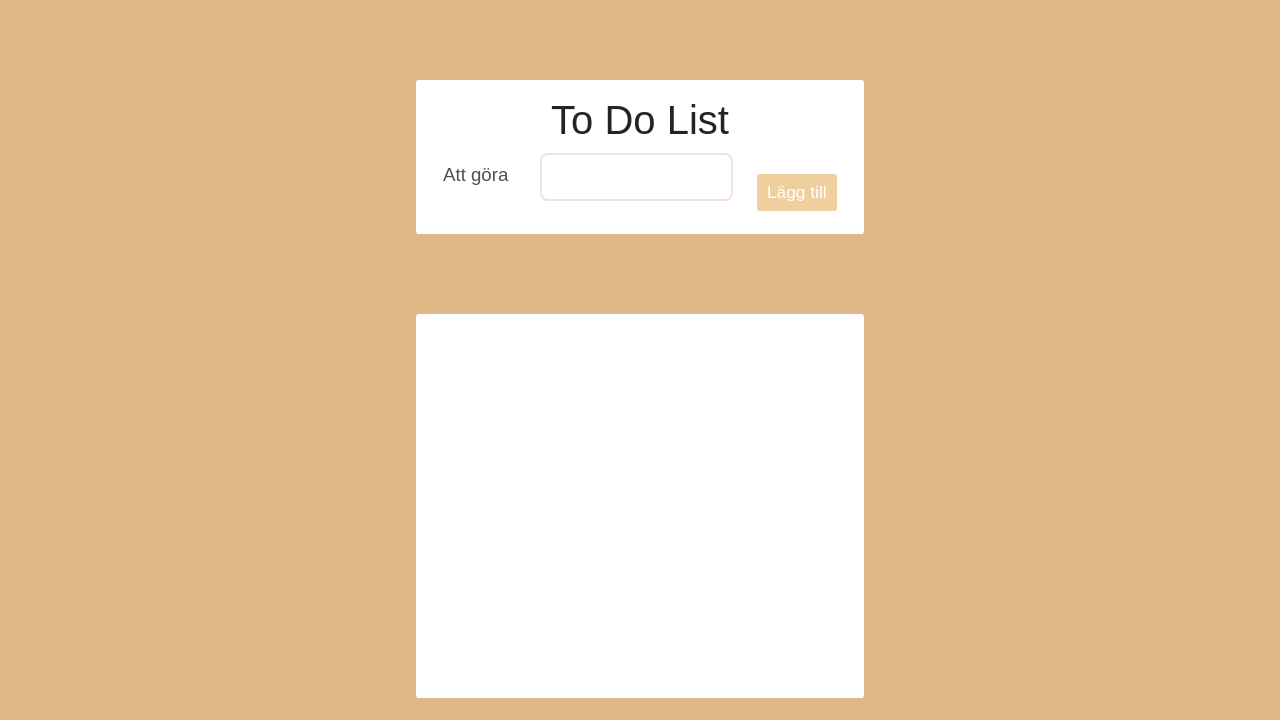
Repository: skepp4rn/todolist
Page: index.html
These files come from the project's save history. The page is drawn as it stood at one moment and after the next save; the edit follows.
The browser window is 1280 px wide. The pictures show the whole page.
The page's requests for data from a server got no answer. Some web libraries are served in a nearby version.

Above is the page before, as saved 2021-01-28 12:12:56.

### index.html
<!DOCTYPE html>
<html lang="sv">
<head>
    <meta charset="UTF-8">
    <meta name="viewport" content="width=device-width, initial-scale=1.0">

    <script src="https://kit.fontawesome.com/ef4c0722a8.js" crossorigin="anonymous"></script>
    <link rel="stylesheet" href="https://cdn.jsdelivr.net/npm/bootstrap@4.5.3/dist/css/bootstrap.min.css" integrity="sha384-TX8t27EcRE3e/ihU7zmQxVncDAy5uIKz4rEkgIXeMed4M0jlfIDPvg6uqKI2xXr2" crossorigin="anonymous">
    <link rel="stylesheet" href="css/style.css">

    <title>To Do List</title>
</head>
<body>
    <div class="container">
        <div id="header">
            <h1>To Do List</h1>
        </div>

        <form class="form" id="form">
            <div class="form-control">
                <label>Att göra</label>
                <input type="text" id="addToDo">
                <i class="fas fa-check-circle"></i>
                <i class="fas fa-exclamation-circle"></i>
                <small>Error message</small>
            </div>

            <button id="btn">Lägg till</button>
        </form>
    </div>

    <div class="container2">
        <div id="list"></div>
    </div>

    <script src="https://code.jquery.com/jquery-3.5.1.slim.min.js" integrity="sha384-DfXdz2htPH0lsSSs5nCTpuj/zy4C+OGpamoFVy38MVBnE+IbbVYUew+OrCXaRkfj" crossorigin="anonymous"></script>
    <script src="https://cdn.jsdelivr.net/npm/bootstrap@4.5.3/dist/js/bootstrap.bundle.min.js" integrity="sha384-ho+j7jyWK8fNQe+A12Hb8AhRq26LrZ/JpcUGGOn+Y7RsweNrtN/tE3MoK7ZeZDyx" crossorigin="anonymous"></script>
    <script src="https://cdnjs.cloudflare.com/ajax/libs/uuid/8.1.0/uuidv4.min.js"></script>
    <script src="script.js"></script>
</body>

### css/style.css
*{
    box-sizing: border-box;
    margin: 0;
    padding: 0;
}

body {
    background-color: burlywood;
    font-family: Arial, Helvetica, sans-serif;
    display: grid;
    justify-content: center;
}

.container {
    width: 35vw;
    display: grid;
    justify-content: center;
    background-color: #ffffff;
    border-radius: 3px;
    margin-top: 5rem;
    padding-bottom: 2   rem;
    height: 12vw;
}

.container2 {
    width: 100%;
    display: grid;
    justify-content: center;
    background-color: #ffffff;
    border-radius: 3px;
    margin-top: 5rem;
    padding-bottom: 2rem;
    height: 30vw;
    overflow-y: auto;
}

#header {
    margin-top: 1rem;
    text-align: center;
}

#btn {
    border: none;
    border-radius: 3px;
    padding: 0.2rem;
    background-color: #f0cf9f;
    color: #ffffff;
    font-size: 13pt;
    width: 5rem;
    height: 2.3rem;
    align-self: center;

}

.todobox {
    padding-top: 2rem;
    padding-bottom: 1rem;
    width: 32vw;
    display: grid;
    grid-template-columns: 5fr 1fr;
}

.knappar {
    display: grid;
    gap: 1rem;
}

.todoinput {
    display: flex;
    align-items: center;
}

.fa-trash {
    padding: 0.5rem;
    border: none;
    border-radius: 5px;
    color: #ffffff;
    background-color: #f0cf9f;
    width: 5rem;
}

.fa-undo {
    padding: 0.5rem;
    border: none;
    border-radius: 5px;
    color: #ffffff;
    background-color: #f0cf9f;
    width: 5rem;
}

.done {
    border: none;
    border-radius: 5px;
    padding: 0.5rem;
    background-color: #f0cf9f;
    color: #ffffff;
    font-family: Arial, Helvetica, sans-serif;
    font-size: 14pt;
    width: 5rem;
    height: 3rem;
}

.form-control {
    border: none;
    position: relative;
    height: 2rem;
    width: 100%;
    display: grid;
    grid-template-columns: 1fr 2fr;
    align-content: center;
}

.form label {
    display: flex;
    align-items: center;
    font-size: 14pt;
}


.form {
    display: grid;
    grid-template-columns: 3fr 1fr;
    justify-items: center;
    height: 60px;
}

.form-control input {
    border: 2px solid #e0aad362;
    border-radius: 8px;
    display: block;
    width: 100%;
    margin-bottom: 0.2rem;
    padding: 0.5rem;
    font-family: inherit;
    font-size: 14pt;
    height: 3rem;
}

.form-control.success input {
    border-color: #2ecc71;
}

.form-control.error input {
    border-color: #e74c3c;
}

.form-control i {
    visibility: hidden;
    position: absolute;
    top: 2.4rem;
    right: 1.5rem;
}

.form-control.success i.fa-check-circle {
    visibility: visible;
    color: #2ecc71;
}

.form-control.error i.fa-exclamation-circle {
    visibility: visible;
    color: #e74c3c;
}

.form-control small {
    visibility: hidden;
    position: absolute;
    bottom: 0;
    left: 7vw;
}

.form-control.error small {
    visibility: visible;
    color: #e74c3c;
}

### script.js
let ToDo = [];
let addToDos = document.getElementById('addToDo');
let form = document.getElementById('form');
let check = false;
let btn = document.getElementById('subbtn');
let list = document.querySelector('#list');
const fetchTodos = () => {
    fetch('https://jsonplaceholder.typicode.com/todos?_start20=&_limit=10')
    .then(res => res.json())
    .then(data => {
      ToDo = data;
      listelement(ToDo);
    })
}
fetchTodos();

const listelement = (ToDo) => {
    list.innerHTML = '';
    ToDo.forEach(todo => {
        list.innerHTML += newTodo(todo);
    })
    console.log(ToDo);
}

const newTodo = todo => {

    let template = todo.completed ? `
    <div id="${todo.id}" class="todoinput completed">
        <div class="todobox">
          <h3 class="title">${todo.title}</h3>
            <div class="knappar">
                <button class="fas fa-undo"></button>
                <button class="fas fa-trash"></button>
            </div>
        </div>
    </div>
    `
    : `
    <div id="${todo.id}" class="todoinput">
        <div class="todobox">
            <h3 class="title">${todo.title}</h3>
            <button class="done">Done</button>
        </div>
    </div>
    `
    return template
  }


  const createTodo = (title) => {

    fetch('https://jsonplaceholder.typicode.com/todos',{
      method: 'POST',
      headers: {
        'Content-type': 'application/json; charset=UTF-8'
      },
      body: JSON.stringify({
        title,
        completed: false
      })
    })
    .then(res => res.json())
    .then(data => {
        let _todo = {
            title: data.title,
            completed: data.completed,
            id: uuidv4()
        }
      console.log(data)
      ToDo.unshift(_todo);
      listelement(ToDo);
    })
}

form.addEventListener('submit', (e) => {
    e.preventDefault();

    checkInputs();

    if(check == true) {
        removeinput(addToDos);

        createTodo(addToDos.value)
        listelement(ToDo);

        addToDos.value = '';
    }
});

function checkInputs() {
    let addToDosValue = addToDos.value.trim();

    if(addToDosValue === ``) {
    setErrorFor(addToDos, `Du måste skriva något!`);

    } else {
        setSuccessFor(addToDos);
    }
}

function setErrorFor(input, message) {
    let formControl = input.parentElement;
    let small = formControl.querySelector('small');
    small.innerText = message;
    formControl.className = 'form-control error';
    check = false;
}

function setSuccessFor(input) {
    let formControl = input.parentElement;
    formControl.className = 'form-control success';
    check = true;
}

function removeinput(input) {
    let formControl = input.parentElement;
    formControl.className = 'form-control';
}

list.addEventListener('click', (e) => {
    if(e.target.classList.contains('done')) {
        complete(e.target.parentNode.parentNode.id)
    }
    else if(e.target.classList.contains('fa-undo')) {
        complete(e.target.parentNode.parentNode.parentNode.id)
    }
})

function complete(id) {
    ToDo.map(todo => {
        if(todo.id == id){
            todo.completed = !todo.completed
        }
        return todo
    })
    listelement(ToDo)
}

list.addEventListener('click', (e) => {

    if(e.target.classList.contains('fa-trash')) {
        ToDo = ToDo.filter(removetodo => removetodo.id != e.target.parentNode.parentNode.parentNode.id)
        listelement(ToDo)
    }
});

After the next save:
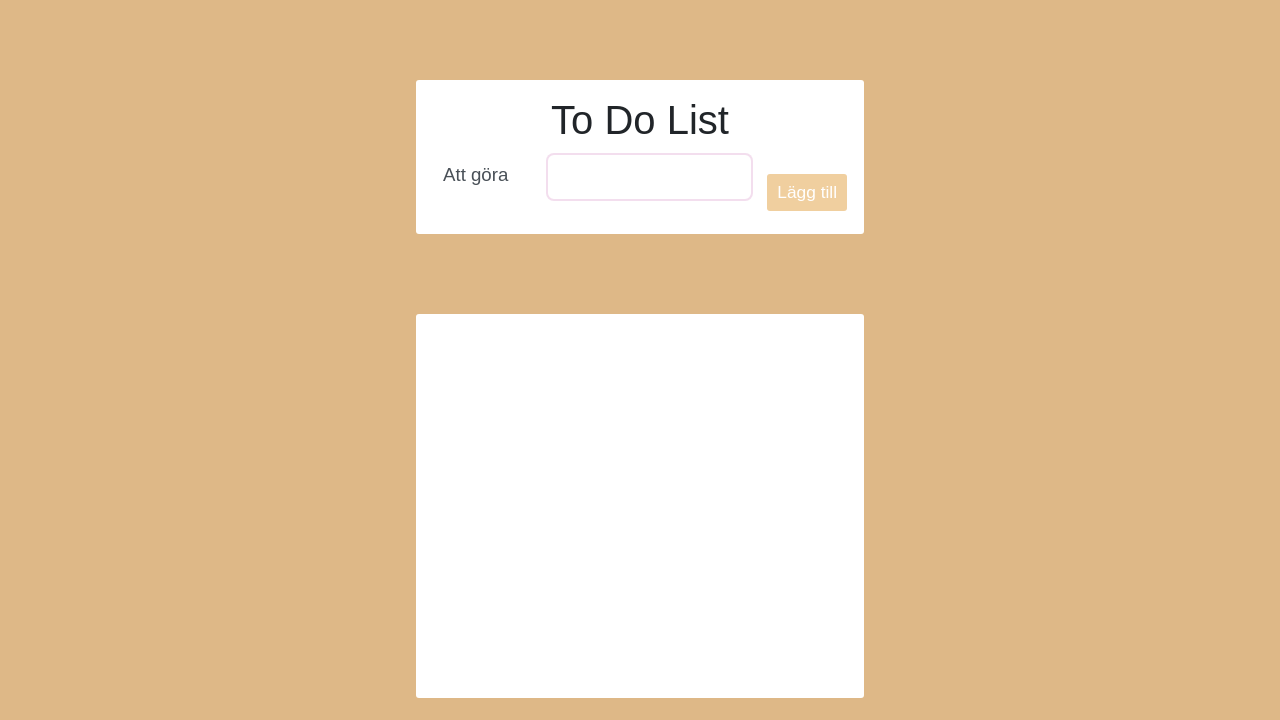
Saved 9 s later.
--- a/css/style.css
+++ b/css/style.css
@@ -119,7 +119,7 @@ body {
 
 .form {
     display: grid;
-    grid-template-columns: 3fr 1fr;
+    grid-template-columns: 4fr 1fr;
     justify-items: center;
     height: 60px;
 }
